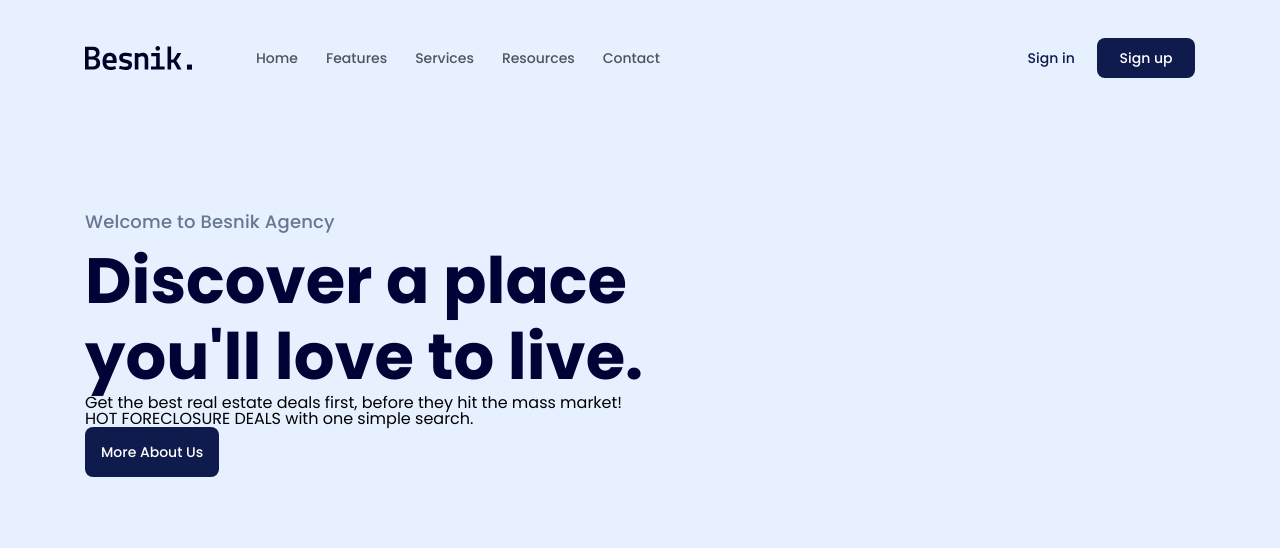
Repository: Tibi2003/f8-htmlcss-01
Page: index.html
An editor plug-in stored every save of this project. The page is shown before and after the next save, followed by the edit.
The browser window is 1280 px wide. The pictures show the whole page.

Above is the page before, as saved 2024-02-05 16:46:48.

After the next save:
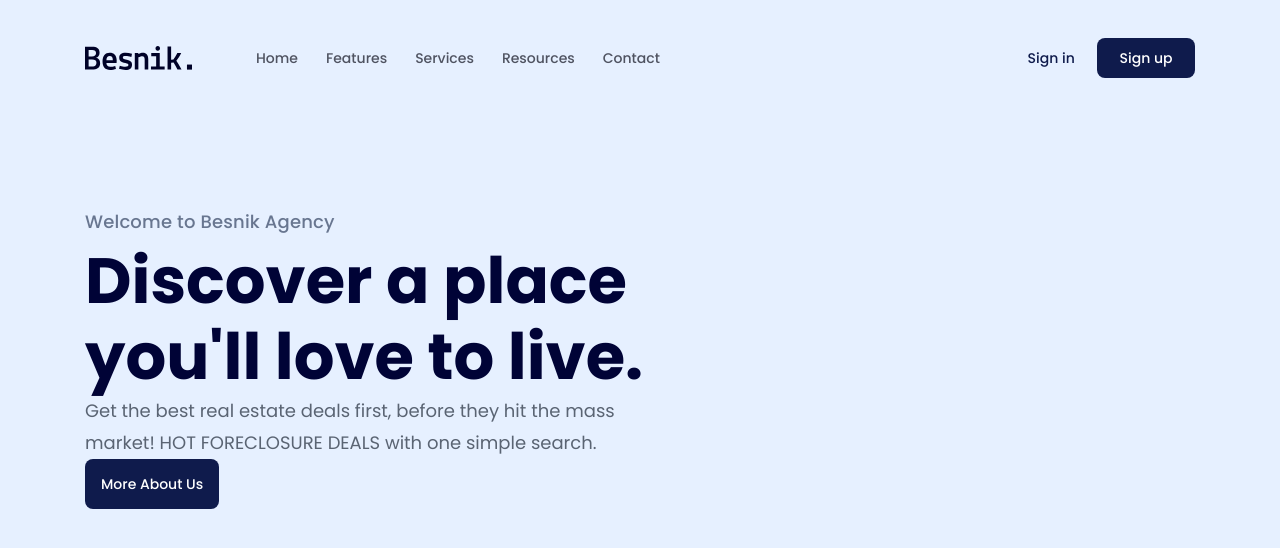
Saved 2 min 48 s later.
--- a/assets/css/styles.css
+++ b/assets/css/styles.css
@@ -109,3 +109,10 @@ a {
 	line-height: 1.19;
 	color: #000336;
 }
+
+.hero .desc {
+	font-size: 1.8rem;
+	font-weight: 400;
+	line-height: 1.78;
+	color: #5a6473;
+}
